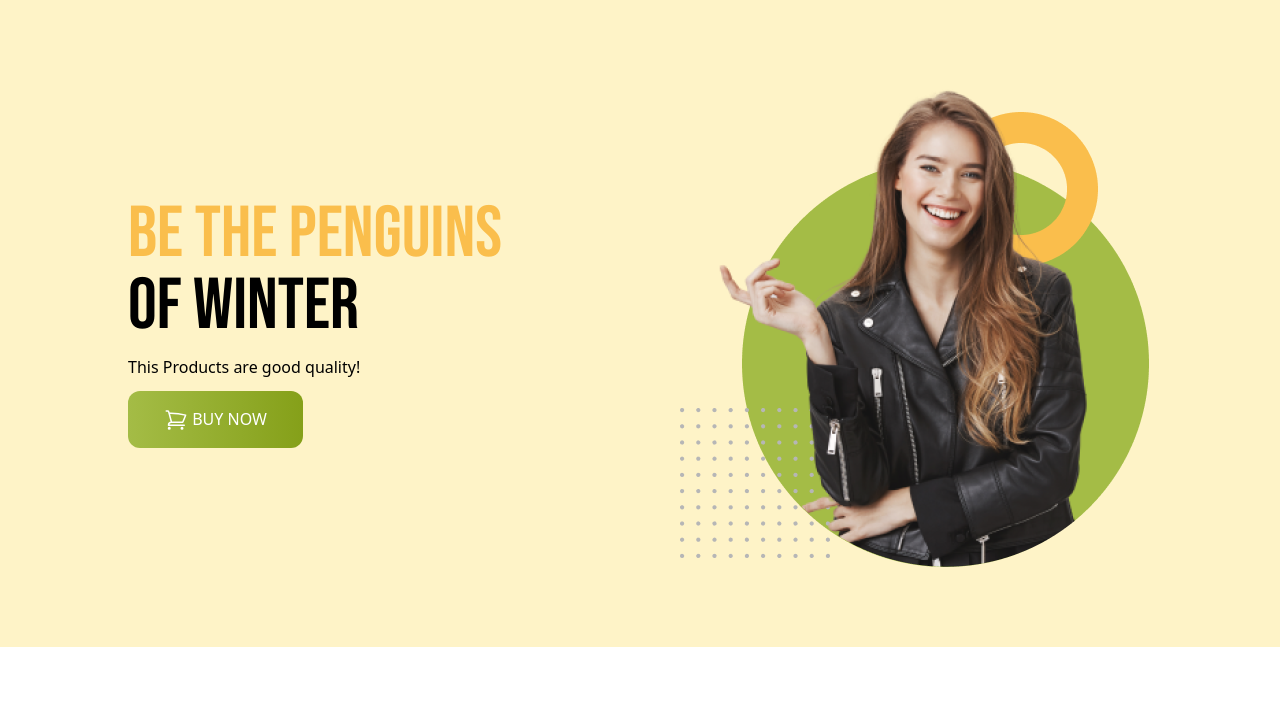
Repository: SyeadaSakina/Penguins-fashion
Page: index.html
The author's editor kept a copy of each file at every save. The page is drawn from the files as they stood at one save, then again after the next save.
The browser window is 1280 px wide. The pictures show the whole page.
Some web libraries are served in a nearby version.

Above is the page before, as saved 2023-07-22 00:20:18.

### index.html
<!DOCTYPE html>
<html lang="en">

<head>
    <meta charset="UTF-8">
    <meta name="viewport" content="width=device-width, initial-scale=1.0">
    <title>Penguin Fashion</title>
    <script src="https://cdn.tailwindcss.com"></script>
    <link rel="preconnect" href="https://fonts.googleapis.com">
    <link rel="preconnect" href="https://fonts.gstatic.com" crossorigin>
    <link href="https://fonts.googleapis.com/css2?family=Bebas+Neue&display=swap" rel="stylesheet">
    <style>
        .font-bebas {
            font-family: 'Bebas Neue', sans-serif;
        }
    </style>
</head>

<body>
    <header class="bg-amber-100 px-32 py-20">
        <!-- nav section -->
        <nav>

        </nav>

        <!-- banner section -->
        <div class="flex justify-between items-center">
            <div class="space-y-3">
                <h1 class="text-7xl uppercase font-bebas"> <span class="text-[#FABE4C]">Be the Penguins</span>
                    <br> of Winter
                </h1>
                <p>
                    This Products are good quality!
                </p>
                <button
                    class="py-4 px-9 bg-gradient-to-r from-[#A4BC46] to-[#85A019] rounded-xl uppercase text-white font-medium">
                    <svg xmlns="http://www.w3.org/2000/svg" fill="none" viewBox="0 0 24 24" stroke-width="1.5"
                        stroke="currentColor" class="w-6 h-6 inline">
                        <path stroke-linecap="round" stroke-linejoin="round"
                            d="M2.25 3h1.386c.51 0 .955.343 1.087.835l.383 1.437M7.5 14.25a3 3 0 00-3 3h15.75m-12.75-3h11.218c1.121-2.3 2.1-4.684 2.924-7.138a60.114 60.114 0 00-16.536-1.84M7.5 14.25L5.106 5.272M6 20.25a.75.75 0 11-1.5 0 .75.75 0 011.5 0zm12.75 0a.75.75 0 11-1.5 0 .75.75 0 011.5 0z" />
                    </svg>
                    Buy Now</button>
            </div>
            <div>
                <img src="images/model.png" alt="Image of a model">
            </div>
        </div>

    </header>
    <main>

    </main>
    <footer>

    </footer>
</body>

</html>

After the next save:
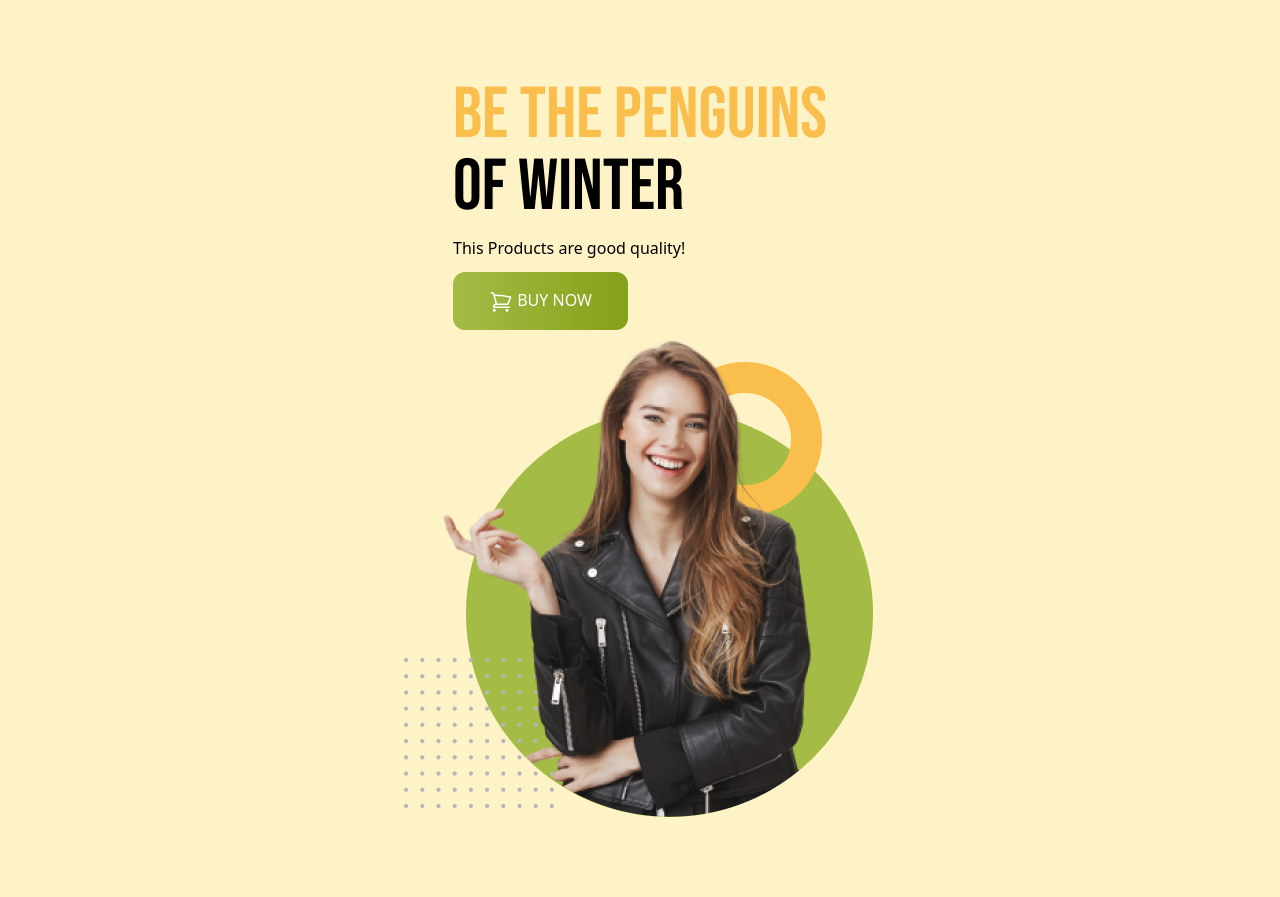
Saved 2 min 16 s later.
--- a/index.html
+++ b/index.html
@@ -24,7 +24,7 @@
         </nav>
 
         <!-- banner section -->
-        <div class="flex justify-between items-center">
+        <div class="flex flex-col md:flex:row justify-between items-center">
             <div class="space-y-3">
                 <h1 class="text-7xl uppercase font-bebas"> <span class="text-[#FABE4C]">Be the Penguins</span>
                     <br> of Winter
